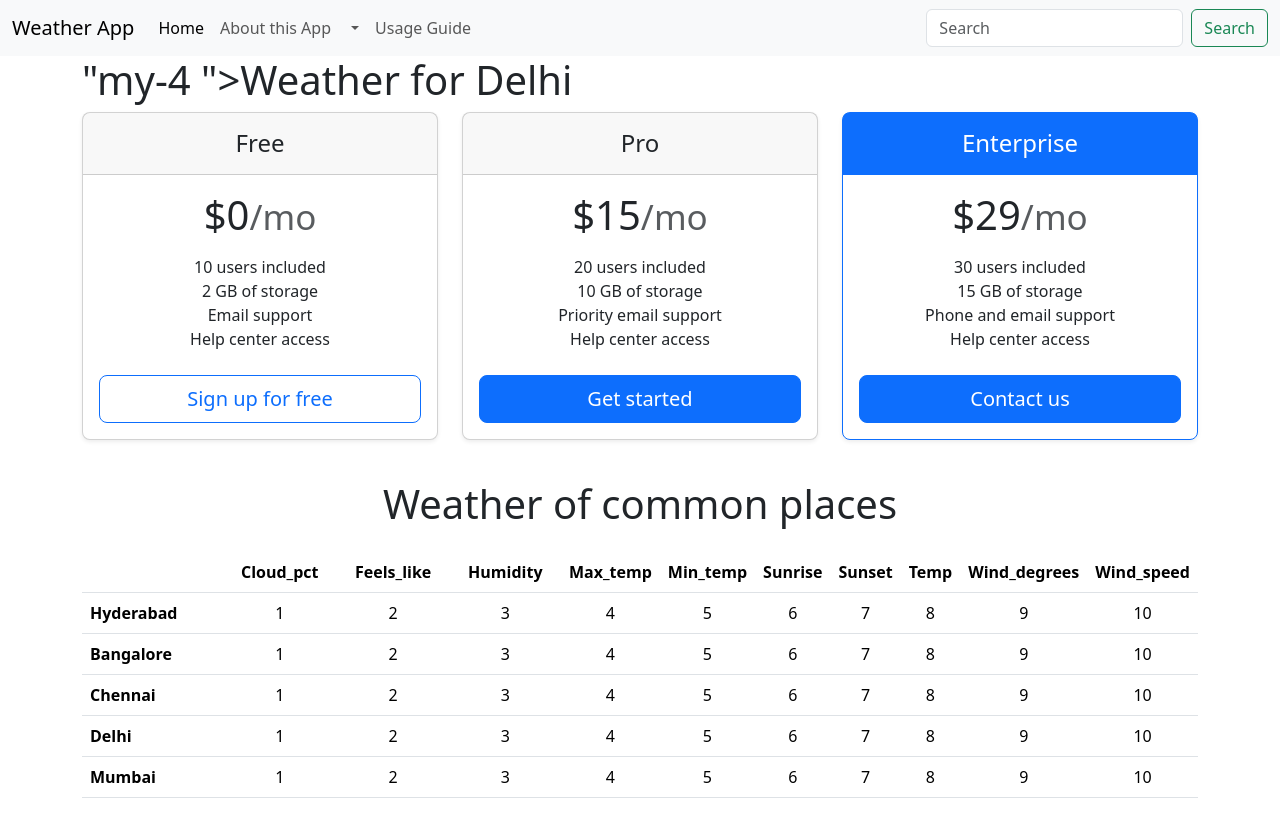
Repository: Abhilash2909/weather
Page: index.html
An editor plug-in stored every save of this project. The page is shown before and after a run of saves, followed by the edit.
The browser window is 1280 px wide. The pictures show the whole page.
The page's requests for data from a server got no answer.

Above is the page before, as saved 2024-02-11 10:49:48.

After the next 3 saves:
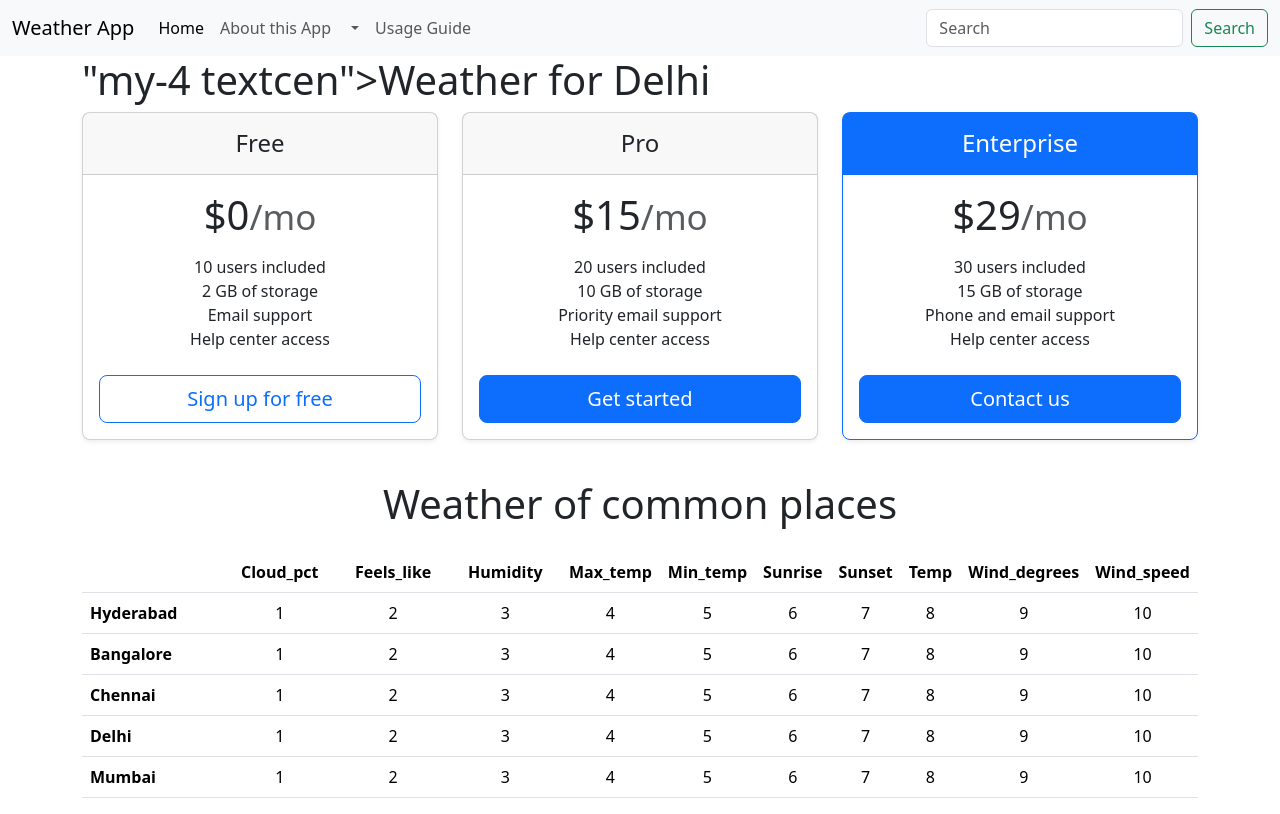
The 3 saves are shown as one change because they came seconds apart.
The last was saved 21 s later.
--- a/index.html
+++ b/index.html
@@ -45,7 +45,7 @@
 
       <div class="container">
         <main>
-          <h1>"my-4 ">Weather for Delhi</h1>
+          <h1>"my-4 textcen">Weather for Delhi</h1>
           <div class="row row-cols-1 row-cols-md-3 mb-3 text-center">
           <div class="col">
             <div class="card mb-4 rounded-3 shadow-sm">
